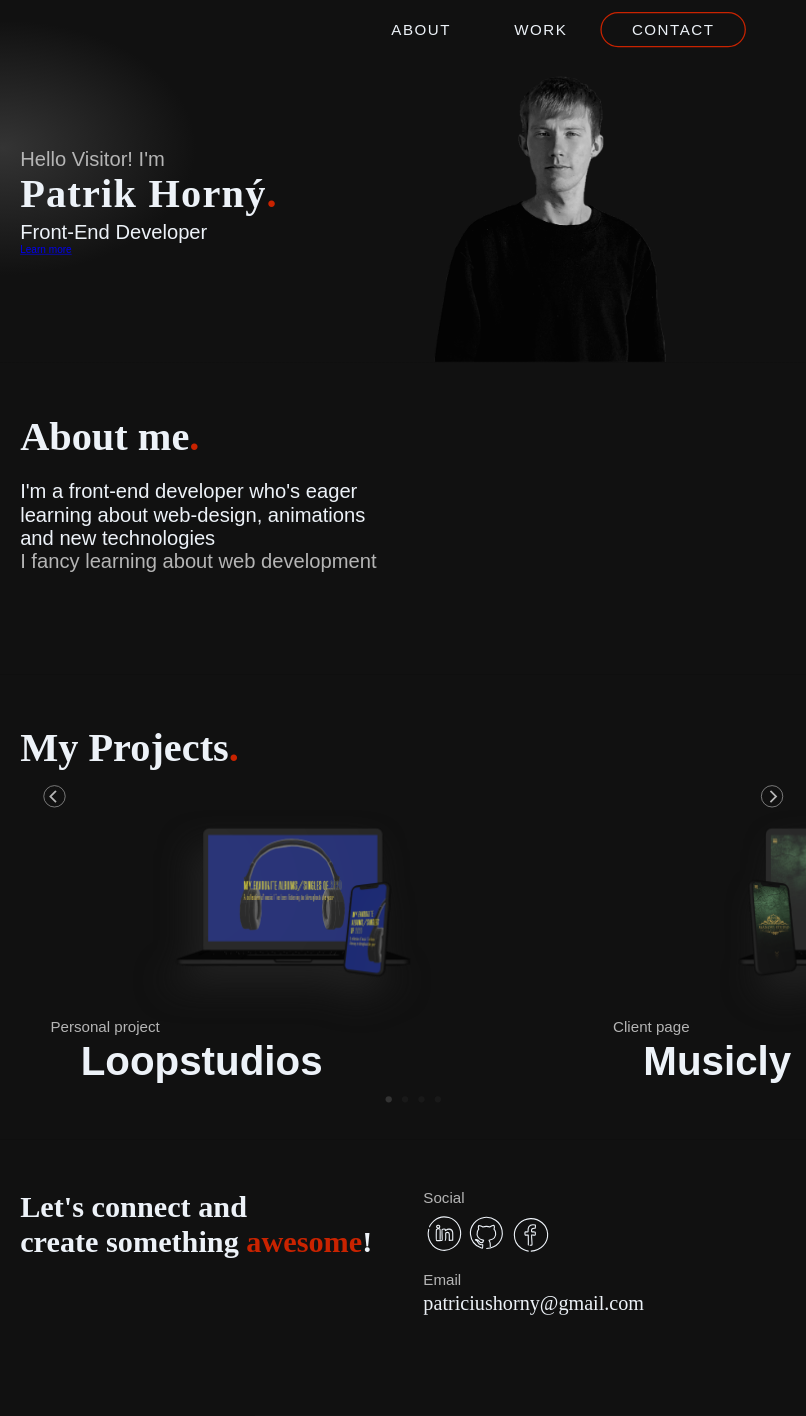
Repository: Spreceriany/portfolio
Page: index.html
These files come from the project's save history. The page is drawn as it stood at one moment and after the next save; the edit follows.
The browser window is 1280 px wide. The pictures show the whole page, at 63% of full size.
Some web fonts or font styles are not loaded; a fallback is used. The style sheet was rebuilt from its Sass, Less or Tailwind sources for each picture, by a compiler version that may differ from the author's.

Above is the page before, as saved 2021-03-11 12:21:55.

### index.html
<!DOCTYPE html>
<html lang="en">

<head>
    <meta charset="UTF-8">
    <meta http-equiv="X-UA-Compatible" content="IE=edge">
    <meta name="viewport" content="width=device-width, initial-scale=1.0">
    <title>Patrik Horny | Portfolio</title>
    <link rel="stylesheet" href="css/style.css">
    <link rel="preconnect" href="https://fonts.gstatic.com">
    <link href="https://fonts.googleapis.com/css2?family=Asul&family=Chivo:wght@900&display=swap" rel="stylesheet">
    <link rel="stylesheet" href="https://unpkg.com/flickity@2/dist/flickity.min.css">

</head>

<body>
    <header>
        <nav>
            <ul>
                <li><a href="#">About</a></li>
                <li><a href="#">Work</a></li>
                <li><a href="#">Contact</a></li>
            </ul>
            <div class="burger">
                <div class="line1"></div>
                <div class="line2"></div>
                <div class="line3"></div>
            </div>
        </nav>
    </header>

    <main>
        <section class="hero">
            <div class="hero__left-col">
                <p class="gray">Hello Visitor! I'm</p>
                <h1>Patrik Horný<span class="orange">.</span></h1>
                <p>Front-End Developer</p>
                <a href="#" class="btn">Learn more</a>

            </div>
            <div class="hero__right-col">
                <img src="./img/my_photo.png" alt="my-photo">

            </div>
        </section>

        <section class="about">
            <div class="about__left-col">
                <h2>About me<span class="orange">.</span></h2>
                <p>I'm a front-end developer who's eager learning about web-design, animations and new technologies
                </p>
                <p class="gray">I fancy learning about web development</p>
            </div>


        </section>

        <section class="work">
            <h2>My Projects<span class="orange">.</span></h2>
            <div class="carousel">

                <a class="work__item" href="https://musicly2020.netlify.app/">
                    <div class="block">
                        <img srcset="./img/musicly-mob/musicly-sm_aquzlh_c_scale,w_200.png 200w,
                        ./img/musicly-mob/musicly-sm_aquzlh_c_scale,w_662.png 611w,
                         ./img/musicly-lg.png  900w" src="./img/mobile/musicly-sm.png"  class="block-image" alt="musicly">

                        <small>Personal project</small>
                        <h3>Musicly 2020</h3>
                    </div>
                </a>

                <a class="work__item" href="https://manovistudio.dk/">
                    <div class="block">
                         <img srcset="./img/manovi-mob/manovistudio_euxpyv_c_scale,w_200.png 200w,
                         ./img/manovi-mob/manovistudio_euxpyv_c_scale,w_519.png 433w,
                         ./img/manovi-mob/manovistudio_euxpyv_c_scale,w_741.png 611w,
                         ./img/manovi-lg.png 900w"

                         src="./img/mobile/manovistudio.png" alt="manovistudio" class="block-image">
                         <small>Client page</small>
                         <h3>Manovistudio</h3>
                    </div>

                </a>

                <a class="work__item" href="https://wrappedgreen.netlify.app/">
                    <div class="block">
                          <img srcset="./img/wrapped-mob/wrapped-sm_lgvr6n_c_scale,w_200.png 200w,
                          ./img/wrapped-mob/wrapped-sm_lgvr6n_c_scale,w_583.png 433w,
                          ./img/wrapped-mob/wrapped-sm_lgvr6n_c_scale,w_848.png 644w,
                          ./img/wrapped-lg.png 900w"
                          src="./img/mobile/wrapped-sm.png" class="block-image" alt="wrappedgreen">
                          <small>Landing page</small>
                          <h3>Wrapped Green</h3>
                    </div>

                </a>



                <a class="work__item" href="https://loopstudiovr.netlify.app/">
                    <div class="block">
                        <img srcset="./img/loop-mob/loopstudios-sm_hzrmrv_c_scale,w_200.png 200w,
                        ./img/loop-mob/loopstudios-sm_hzrmrv_c_scale,w_433.png 433w,
                        ./img/loop-mob/loopstudios-sm_hzrmrv_c_scale,w_611.png 611w,
                        ./img/loop-lg.png 900w" src="./img/loop-mob/loopstudios-sm_hzrmrv_c_scale,w_200.png"
                    alt="loopstudios" class="block-image">
                        <small>Landing page</small>
                        <h3>Loopstudios</h3>

                    </div>

                </a>





            </div>

        </section>

        <section class="contact">
            <div class="contact__left-col">
                <h3>Let's connect and</h3>
                <h3>create something <span class="orange">awesome</span>! </h3>
            </div>

            <div class="contact__right-col">
                <small class="gray">Social
                </small>
                <ul>
                    <li><a href="https://www.linkedin.com/in/patrik-horn%C3%BD-42b797205/">
                            <?xml version="1.0" ?><svg height="256px" id="Layer_1" version="1.1" viewBox="0 0 256 256"
                                width="256px" xml:space="preserve" xmlns="http://www.w3.org/2000/svg"
                                xmlns:xlink="http://www.w3.org/1999/xlink">
                                <path class="st0"
                                    d="M34.367,105.308c-15.255,58.994,21.499,118.714,77.309,130.865c54.491,11.864,108.741-24.931,122.132-78.209  c13.576-54.011-18.103-112.414-72.055-127.246C77.289,8.035,39.505,84.527,39.501,88.37" />
                                <path class="st0"
                                    d="M106.662,168.972c-0.36-21.051,0.978-61.432-0.945-63.422  c-1.923-1.99-17.046-7.923-19.883-12.471c-2.838-4.548-2.011-13.662,8.126-13.674s11.419,8.666,8.78,14.31  c-2.64,5.644-17.584,9.811-19.288,12.105c-1.704,2.294-2.429,68.28,0,69.899c2.429,1.619,32.926,1.484,35.624-0.54  c2.699-2.024-3.374-67.47,0-69.09s17.407-1.889,19.162-1.079c1.754,0.81,0.675,7.692,1.889,8.366  c1.214,0.675,10.171-11.177,24.289-9.446c10.46,1.282,19.837,10.121,21.321,18.892s0.899,34.545,0.54,51.817  c-7.197,0.27-14.394,0.675-21.59,0.945c-0.27-14.574,1.08-33.6-0.81-43.586c-1.889-9.986-22.328-9.849-22.13,0  s1.619,43.586-2.699,43.451"
                                    id="linkedin" />
                            </svg>
                        </a></li>
                    <li><a href="https://github.com/Spreceriany">
                            <?xml version="1.0" ?><svg height="256px" id="Layer_2" version="1.1" viewBox="0 0 256 256"
                                width="256px" xml:space="preserve" xmlns="http://www.w3.org/2000/svg"
                                xmlns:xlink="http://www.w3.org/1999/xlink">
                                <path class="st0" d="M128.1,222.073" />
                                <path class="st0"
                                    d="M130.164,226.986c63.917-3.557,108.667-52.057,97.259-116.5c-9.288-52.47-60.722-87.613-112.739-80.577  C61.952,37.041,21.39,85.877,27.386,139.004c5.689,47.857,35.128,70.23,59.685,80.335c5.717,2.353,13.401,5.785,15.997,5.229  c2.596-0.556,1.763-14.95,1.763-21.889c-16,2.459-21.475-3.841-24.875-7.563c-3.857-4.222-6.125-8.563-10.063-14.938  s-11.063-4.875-11.813-8.563s15-2.688,26.313,11.25c8.188,10.146,16.928,7.089,21.625,4.188c0.154-1.612,0.526-3.775,1.438-6.188  c0.967-2.557,3.625-4.104,3.208-5.854c-0.417-1.75-21.804-0.577-34-17.667c-8.809-12.344-9.129-26.955-5.667-37.833  c2.322-7.297,6.196-12.443,8.833-15.417c-1.011-2.162-2.513-6.109-2.583-11.25c-0.076-5.549,1.554-9.796,2.583-12  c3.492,0.104,8.54,0.644,14.25,2.667c5.469,1.937,9.593,4.542,12.333,6.583c4.975-1.671,12.218-3.489,21.083-3.667  c10.135-0.203,18.344,1.819,23.667,3.583c2.616-2.336,6.987-5.648,13.167-7.917c4.489-1.648,8.518-2.229,11.5-2.417  c1.143,2.165,3.075,6.519,3.167,12.332c0.085,5.351-1.426,9.47-2.416,11.664c2.867,3.459,7.394,9.875,9.502,18.995  c0.751,3.249,4.857,20.981-6.996,36.24c-12.408,15.974-33.06,13.524-33.992,15.73c-0.932,2.206,3.964,6.297,6.266,14.877  c2.302,8.58,1.327,24.979,1.327,24.979" />
                            </svg>
                        </a></li>

                    <li><a href="https://www.facebook.com/profile.php?id=100007154296012">
                            <?xml version="1.0" ?><svg height="256px" id="Layer_1" version="1.1" viewBox="0 0 256 256"
                                width="256px" xml:space="preserve" xmlns="http://www.w3.org/2000/svg"
                                xmlns:xlink="http://www.w3.org/1999/xlink">
                                <g>
                                    <path class="st0"
                                        d="M118.489,204.01c0.668-30.724-0.583-59.627-0.514-61.433c0.099-2.572-16.945,1.061-19.046-1.053   c-2.101-2.114-3.309-18.205-0.521-19.591s15.355,1.129,18.007-0.526c2.652-1.655-11.513-55.269,46.601-43.421   c1.589,0.795-0.132,18.732-1.059,20.122c-0.927,1.39-12.708-1.787-19.062,3.177c-6.354,4.964-3.707,18.664-2.383,19.591   c1.324,0.927,20.188,0.198,21.445,1.589s1.456,18.798,0,20.122c-1.456,1.324-20.819-2.41-22.769-1.058   c-1.606,1.113,4.224,60.038,2.558,62.373c-1.666,2.335-7.731,2.133-11.56,2.226" />
                                    <path class="st0"
                                        d="M136.577,243.358c60.912-1.648,108.145-53.478,104.395-110.472c-3.662-55.647-54.02-97.612-108.923-95.753   C76.39,39.017,29.02,85.605,29.68,141.555c1.549,87.443,85.505,102.61,89.2,101.551" />
                                </g>
                            </svg>
                        </a></li>
                </ul>
                <small class="gray">Email</small>
                <a href="mailto:patriciushorny@gmail.com">patriciushorny@gmail.com</a>
            </div>

        </section>
    </main>

    <script src="https://unpkg.com/flickity@2/dist/flickity.pkgd.min.js"></script>

    <script src="js/script.js"></script>

</body>

</html>

### css/style.scss
@import "./components/_header/header.scss";
@import "./colors/colors.scss";
@import "./mixin/mixin";

body {
  font-family: "Asul", "Chivo", sans-serif;
  margin: auto;
  max-width: 1920px;
  overflow-x: hidden;
  background: radial-gradient(
    59.93% 44.1% at -11.63% 36.77%,
    #343434 0%,
    #111111 100%
  );
}

* {
  box-sizing: border-box;
  margin: 0;
  padding: 0;
  -webkit-font-smoothing: antialiased;
  -moz-osx-font-smoothing: grayscale;
}




main {
  margin: 0 auto;
  background-color: black;
}

.hero {
  width: 100%;

  margin: 0 auto;
  min-height: 80vh;
  @media(min-width:556px){
    max-height: 100vh;
  }
  background: radial-gradient(
    59.93% 44.1% at -11.63% 36.77%,
    #343434 0%,
    #111111 100%
  );
  @media(min-width:556px){
    background: radial-gradient(23.93% 35.1% at 0.37% 40.77%, #343434 0%, #111111 100%);
  }
  align-items: center;
  color: $white-ish;
  position: relative;
  @include grid(556px);

  &__left-col {
    display: flex;
    flex-direction: column;
    padding-left: 2em;
    padding-top: 4em;
    ul {
      list-style-type: none;
      li {
        display: inline-flex;
        width: 2em;
        img {
          width: 100%;
        }
      }
    }

    p {
      @include clamping(1rem, 3vw, 2rem);
    }

    h1 {
      @include clamping(2rem, 5vw, 6rem);
      margin-bottom: 0.1em;
      letter-spacing: 0.03em;
      font-family: "Chivo";
    }
  }

  &__right-col {
    position: relative;

    display: flex;
    flex-direction: column;
    align-items: flex-end;
    width: 100%;
    height: 100%;
    &::after {
      content: "";
      position: absolute;
      width: 100%;
      height: 100%;
      bottom: 0;
      left: 0;
      box-shadow: inset 0 -10px 10px -10px #000000;
      @media(min-width:556px){
        box-shadow: none;
      }
    }
    img {
      position: absolute;
      width: 70%;
      right: 0;
      bottom: 0;
      @media(min-width:556px){
        max-width: 90%;
        object-fit: contain;
        height: 80%;
        left:0;
        right: auto;
      }
    }
  }
}

.about {
  width: 100%;
  padding: 5em 0 10em 0;
  background-color: #111111;
  color: $white-ish;
  display: grid;

  @include grid(556px);
  &__left-col {
    padding: 0 2em;
    h2 {
      font-family: "Chivo";
      @include clamping(2rem, 5vw, 6rem);
      margin-bottom: 0.5em;
    }
    p{
      @include clamping(1.2rem, 3vw, 2rem);
    }
  }


}

.work {
  width: 100%;
  padding: 5em 0;
  position: relative;
  background-color: $black;
  padding-left: 2em;
  h2 {
    color: $white-ish;
    font-family: "Chivo";

    @include clamping(2rem, 5vw, 6rem);

  }
  &__item {
    position: relative;
    width: 69%;
    height: 100%;
    margin-right: 2em;
    display: flex;
    flex-direction: column;
    padding-bottom: 2em;


    .link{
      opacity:0;
      position: absolute;
      top: 100%;
      left: 24%;
      text-decoration: none;
      color: $white-ish;
      border:1px solid $white-ish;
    }


    .block{
      height: 100%;
    }
    .block:hover {
      .link{
        opacity:1;
        z-index: 5;
      }



    }
    img {
      width: 100%;
      height: 100%;
      object-fit: contain;
      position: relative;
    }
    &:nth-child(odd) img {
      filter: drop-shadow(-17px 31px 25px rgb(32, 32, 32));
    }
    &:nth-child(even) img {
      filter: drop-shadow(20px 31px 25px rgb(32, 32, 32));
    }

    small {
      display: block;
      color: $gray;
      font-size: clamp(0.8rem, 3vw, 1.5rem);
    }
    h2 {
      color: $white-ish;
      font-family: "Asul";
      letter-spacing: 0.02em;
      padding-left: 0;
      font-weight: normal;
      @include clamping(1.7rem, 5vw, 6rem);
    }

    h3{
      @include clamping(1.7rem, 5vw, 4rem);
      color: $white-ish;
      position: relative;
      display: inline-block;
      color: $orange;
      overflow: hidden;
      background: linear-gradient(to right, $orange, $orange 50%, $white-ish 50%);
      background-clip: text;
      -webkit-background-clip: text;
      -webkit-text-fill-color: transparent;
      background-size: 200% 100%;
      background-position: 100%;
      transition: background-position 275ms ease;
      text-decoration: none;
      &:hover {
        background-position: 0 100%;
      }
    }

    small,
    h3 {
      position: absolute;
      margin-top: 1.5em;
      top: 74%;
      padding-left: 2em;

      @media(min-width:1000px){
        margin-top:  0.8em;
      }
    }
  }
}

.carousel{
  width:100%;
  height:50vh;
  @media(min-width:1212px){
    height: 70vh;
  }

}




.flickity-viewport{
  height: 100% !important;
}

.contact{
  width: 100%;
  padding: 5em 0 10em 0em;
  background: $black;
  color: $white-ish;
  display: grid;
  grid-template-columns: 1fr;
  @media(min-width:556px){
    grid-template-columns: 1fr 1fr;
  }


  &__left-col{
    margin-bottom: 2em;
    font-family: 'Asul';
    padding: 0em 2em;
    @media(max-width:556px){
      padding: 0;
    }
    h3{
      @include clamping(2rem, 5vw, 3rem);


      .orange{

        font-weight: bold;


      }
    }
  }

  &__right-col{
    display: flex;
    flex-direction: column;
    @media(max-width:556px){
      padding:0;
    }
    padding: 0em 2em;

    small{
      @include clamping(.9rem,3vw ,1.5rem );
      margin-bottom: .2em ;
    }

    svg {
      width: 100%;
      height: 100%;
      fill: none;
      stroke: #edf2f8;
      stroke-width: 7;
      stroke-linecap: round;
      stroke-linejoin: round;
      stroke-miterlimit: 10;
      transition: stroke 0.3s, transform 0.3s ease-in;
      &:hover {
        stroke: $orange !important;
        transform: translateY(-2px);
      }
    }

    ul {
      list-style-type: none;
      li {
        display: inline-flex;
        width: 3em;
        @media(min-width:556px){
          width: 4em;
          margin-bottom: 1.5em;
        }
        img {
          width: 100%;
        }
      }
    }

    a{
      @include clamping(1.5rem, 5vw, 2rem);
      position: relative;
      display: inline-block;
      color: $orange;
      overflow: hidden;
      background: linear-gradient(to right, $orange, $orange 50%, $white-ish 50%);
      background-clip: text;
      -webkit-background-clip: text;
      -webkit-text-fill-color: transparent;
      background-size: 200% 100%;
      background-position: 100%;
      transition: background-position 275ms ease;
      text-decoration: none;
      font-family: 'Chivo';
      &:hover {
        background-position: 0 100%;
      }
    }
  }
}

.flickity-prev-next-button{
  top: 8% !important;
  width: 27px !important;
  height: 27px !important;
  border-radius: 50% !important;
  transform: translateY(-50%);
  margin: 0 1em;

  @media(min-width:556px){
    margin:0 2em;
    width: 35px !important;;
    height: 35px !important;
  }
}

.flickity-button {
  position: absolute;
  background: transparent !important;
  border: 1px solid $gray !important;
  color: $gray !important;
}

.flickity-button-icon:focus-within, .flickity-button-icon:hover{
  color: $orange;
}

.block:hover .block-image{
  opacity: .5;

}

.block:hover::before{
  content: 'See project';
  position: absolute;
  width: 14%;
  height: 2%;
  top: 38%;
  color: #edf2f8;
  border: 1px solid #edf2f8;
  left: 0;
  z-index: 10;
  padding: 1em .6em;
  text-align: center;
  left: 41%;
}

### css/colors.scss
$white-ish: #edf2f8;
$orange: rgb(201, 35, 0);
$gray: #b5b5b5;
$black: #111111;

.orange {
    color: $orange;
  }

.gray {
color: $gray;
}

### css/mixin/_mixin.scss
@mixin clamping($min, $mid, $max) {
  font-size: clamp($min, $mid, $max);
}

@mixin grid($breakpoint) {
  display: grid;
  grid-template-columns: 1fr;
  @media (min-width: $breakpoint) {
    grid-template-columns: 1fr 1fr;
  }
}

### css/colors/_colors.scss
$white-ish: #edf2f8;
$orange: rgb(201, 35, 0);
$gray: #b5b5b5;
$black: #111111;

.orange {
    color: $orange;
  }

.gray {
color: $gray;
}

Loaded but not shown: js/script.js (11 lines, source omitted); css/components/_header/header.scss (89 lines, source omitted); css/components/header/header.scss (89 lines, source omitted)

After the next save:
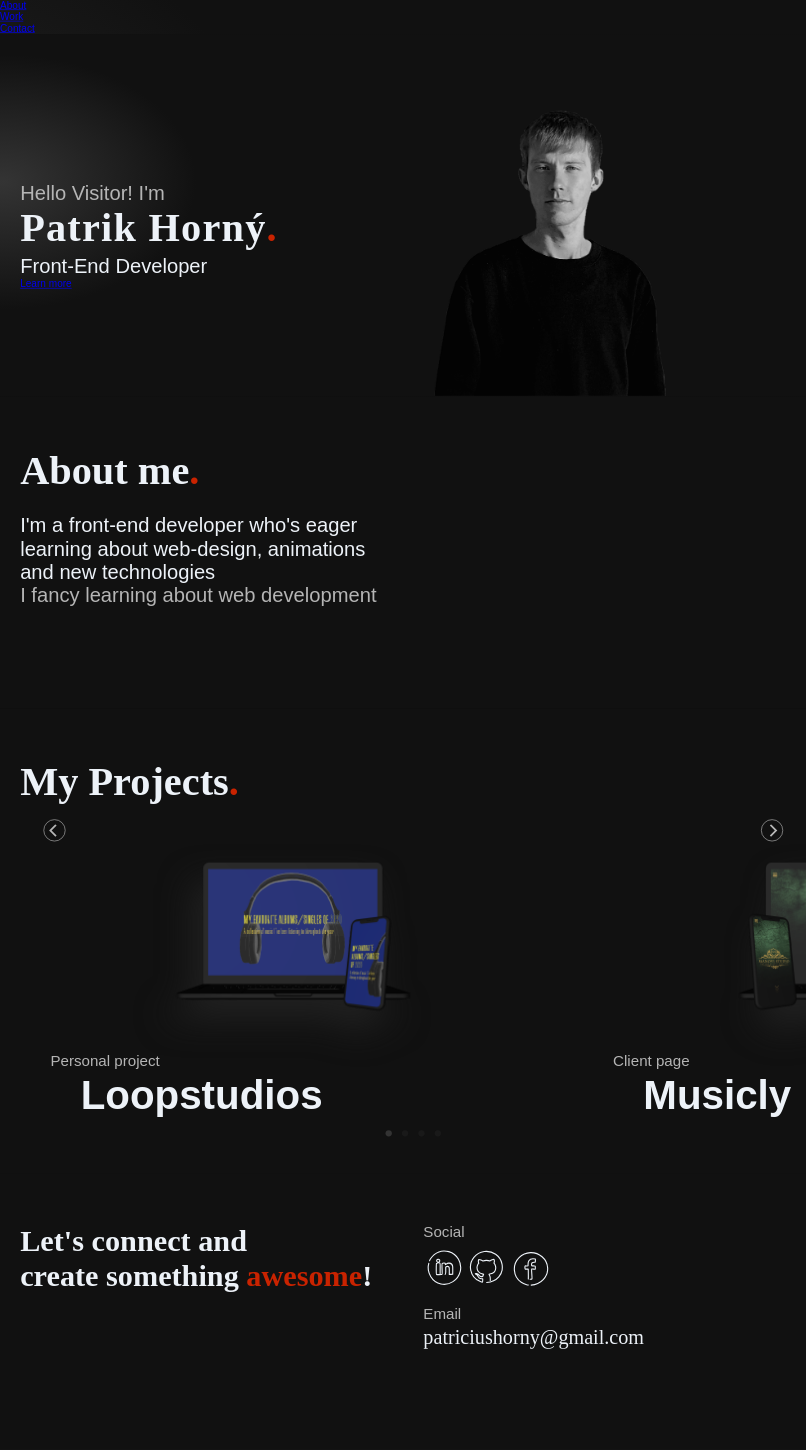
Saved 38 s later.
--- a/css/style.scss
+++ b/css/style.scss
@@ -1,4 +1,3 @@
-@import "./components/_header/header.scss";
 @import "./colors/colors.scss";
 @import "./mixin/mixin";
 

After the save that followed:
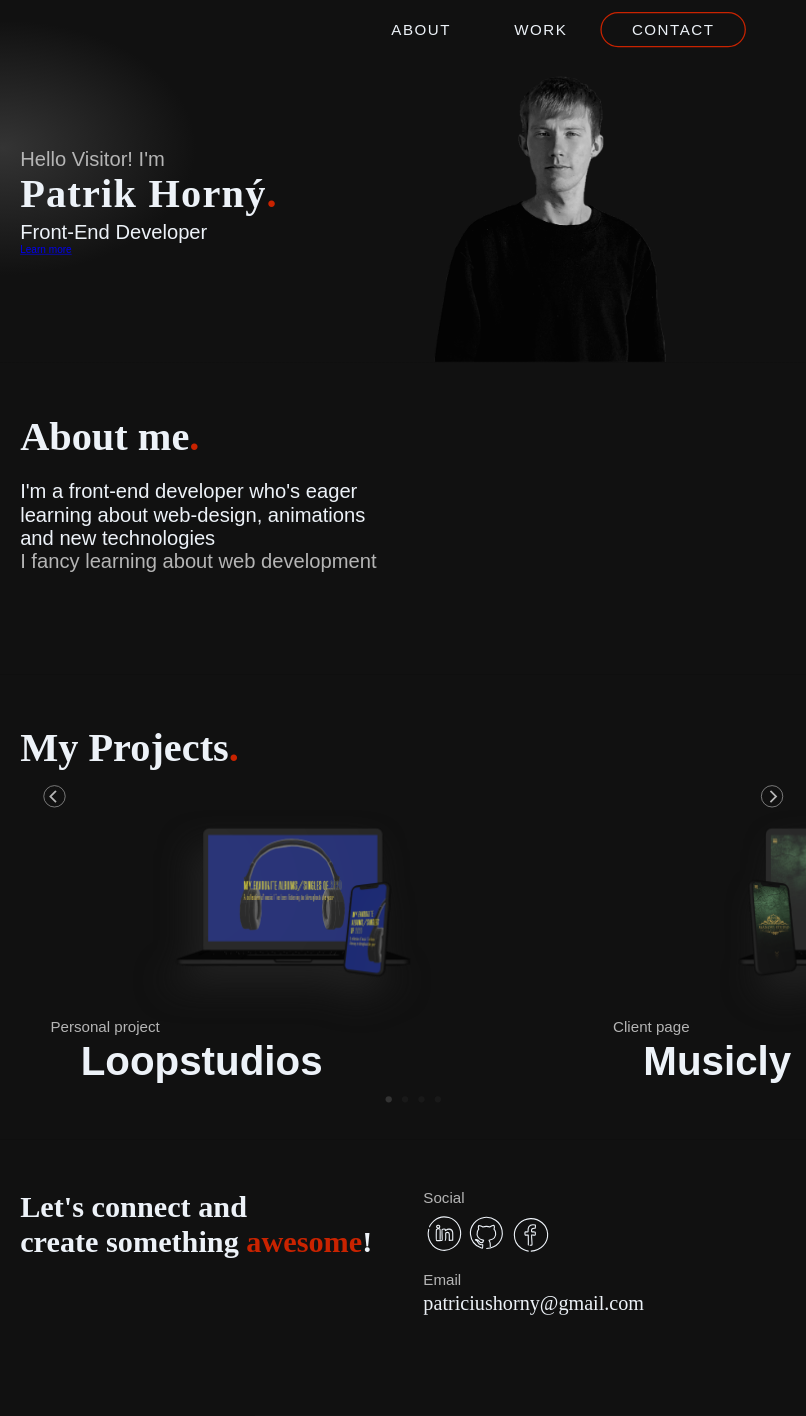
Saved 17 s later.
--- a/css/style.scss
+++ b/css/style.scss
@@ -1,3 +1,4 @@
+@import "./components/header/header.scss";
 @import "./colors/colors.scss";
 @import "./mixin/mixin";
 
